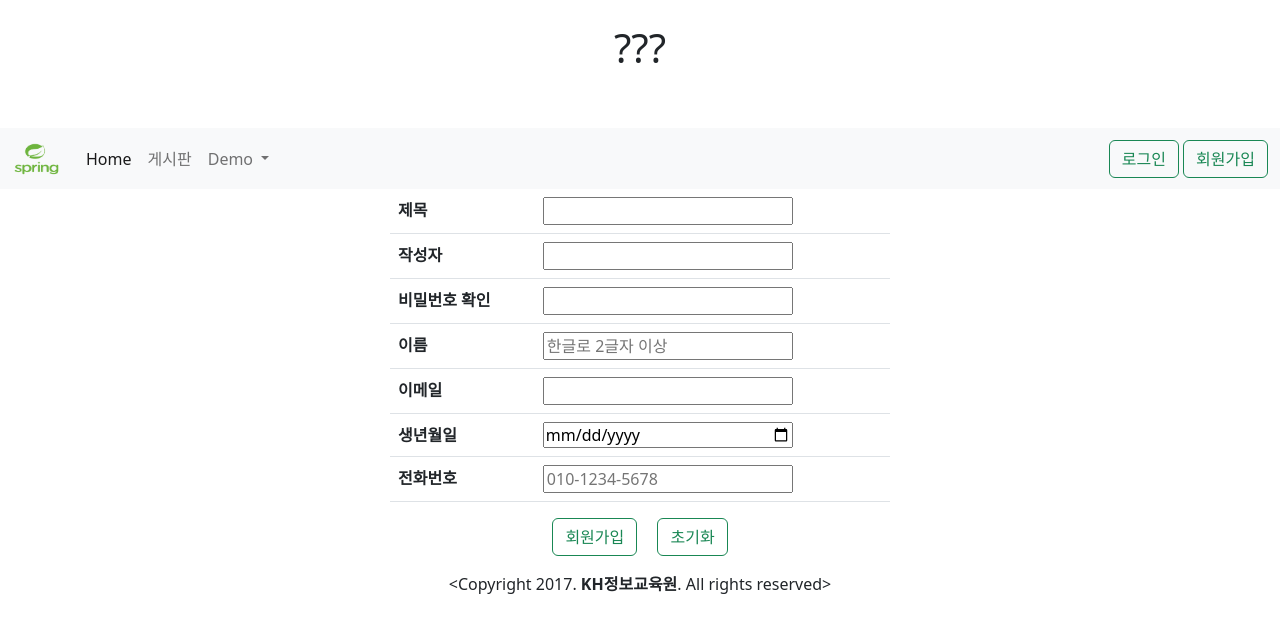
Repository: yerimeee/06_springWork
Page: http://localhost/springProject/WEB-INF/views/board/boardForm.jsp
An editor plug-in stored every save of this project. The page is shown before and after the next save, followed by the edit.
The browser window is 1280 px wide. The pictures show the whole page.
The page is served by Tomcat 9. Nobody is signed in. The template is opened directly, without the code that normally fills it, so the values that code supplies are empty.

Above is the page before, as saved 2023-06-19 01:13:03.
Console error: TypeError: Cannot read properties of null (reading 'addEventListener')

After the next save:
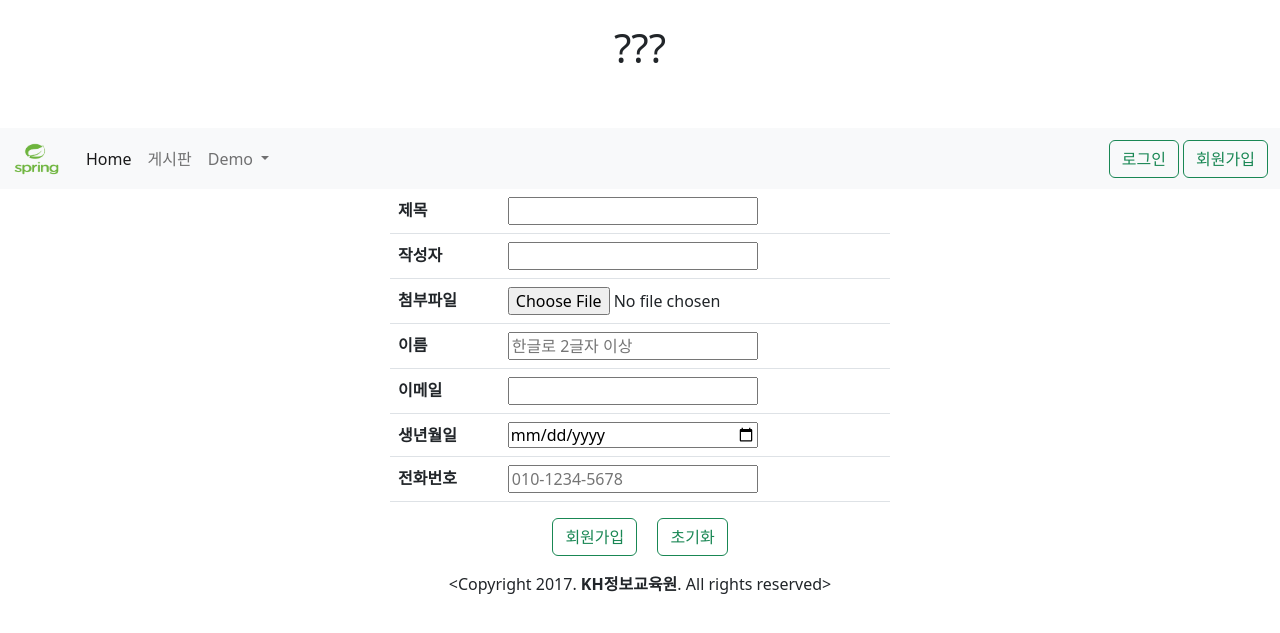
Saved 108 s later.
--- a/springProject/src/main/webapp/WEB-INF/views/board/boardForm.jsp
+++ b/springProject/src/main/webapp/WEB-INF/views/board/boardForm.jsp
@@ -28,9 +28,9 @@
 					</td>
 				</tr>
 				<tr>
-					<th scope="col">비밀번호 확인</th>
+					<th scope="col">첨부파일</th>
 					<td scope="col">
-						<input type="password" name="pwdCheck" required>
+						<input type="file" name="upFile">
 					</td>
 				</tr>
 					<tr>
